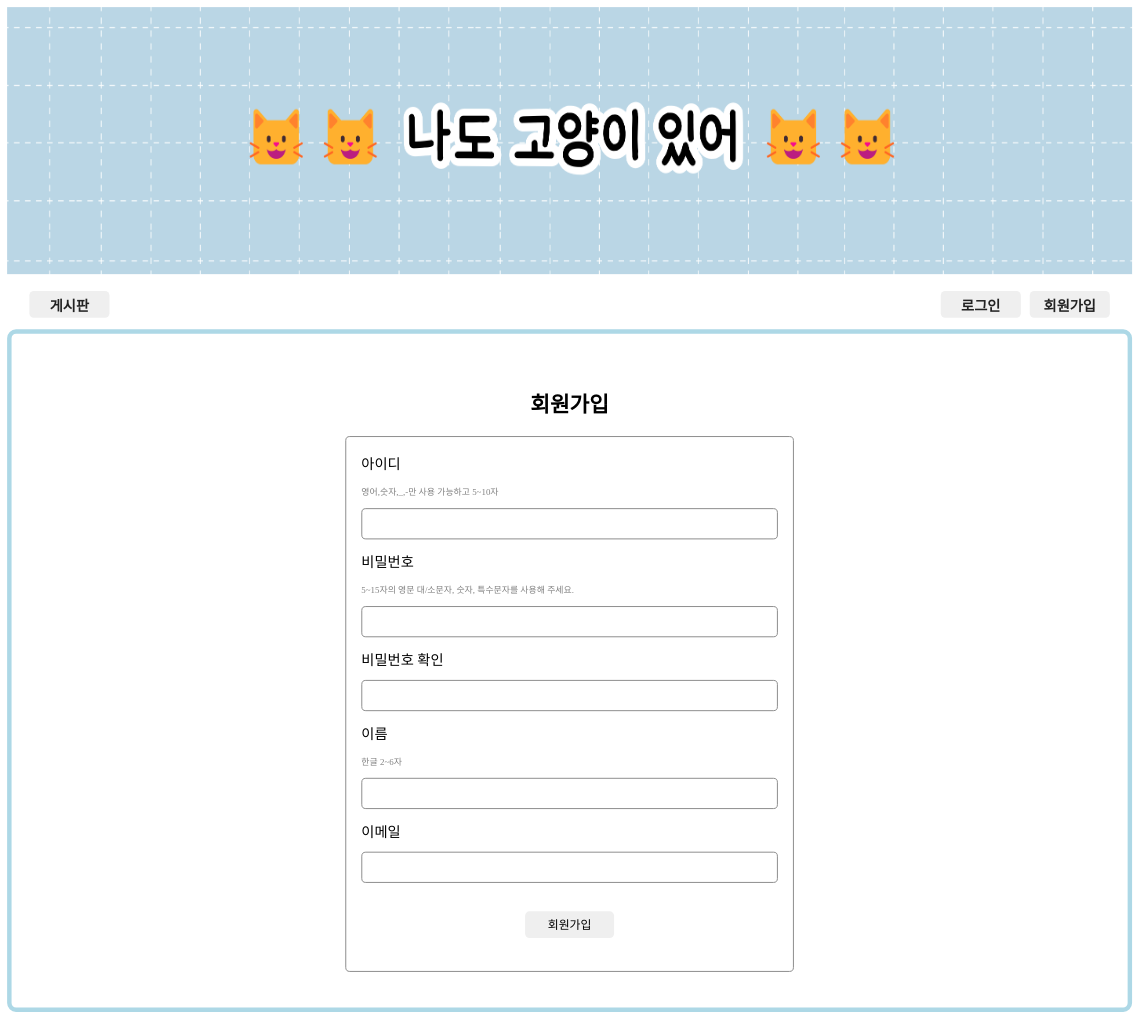
Repository: hh7711/Goit
Page: http://localhost/Goit/WEB-INF/views/signUpPage.jsp
An editor plug-in stored every save of this project. The page is shown before and after the next save, followed by the edit.
The browser window is 1280 px wide. The pictures show the whole page, at 89% of full size.
Some web fonts or font styles are not loaded; a fallback is used. The page is served by Tomcat 9. Nobody is signed in. The template is opened directly, without the code that normally fills it, so the values that code supplies are empty.

Above is the page before, as saved 2023-08-03 07:35:41.

After the next save:
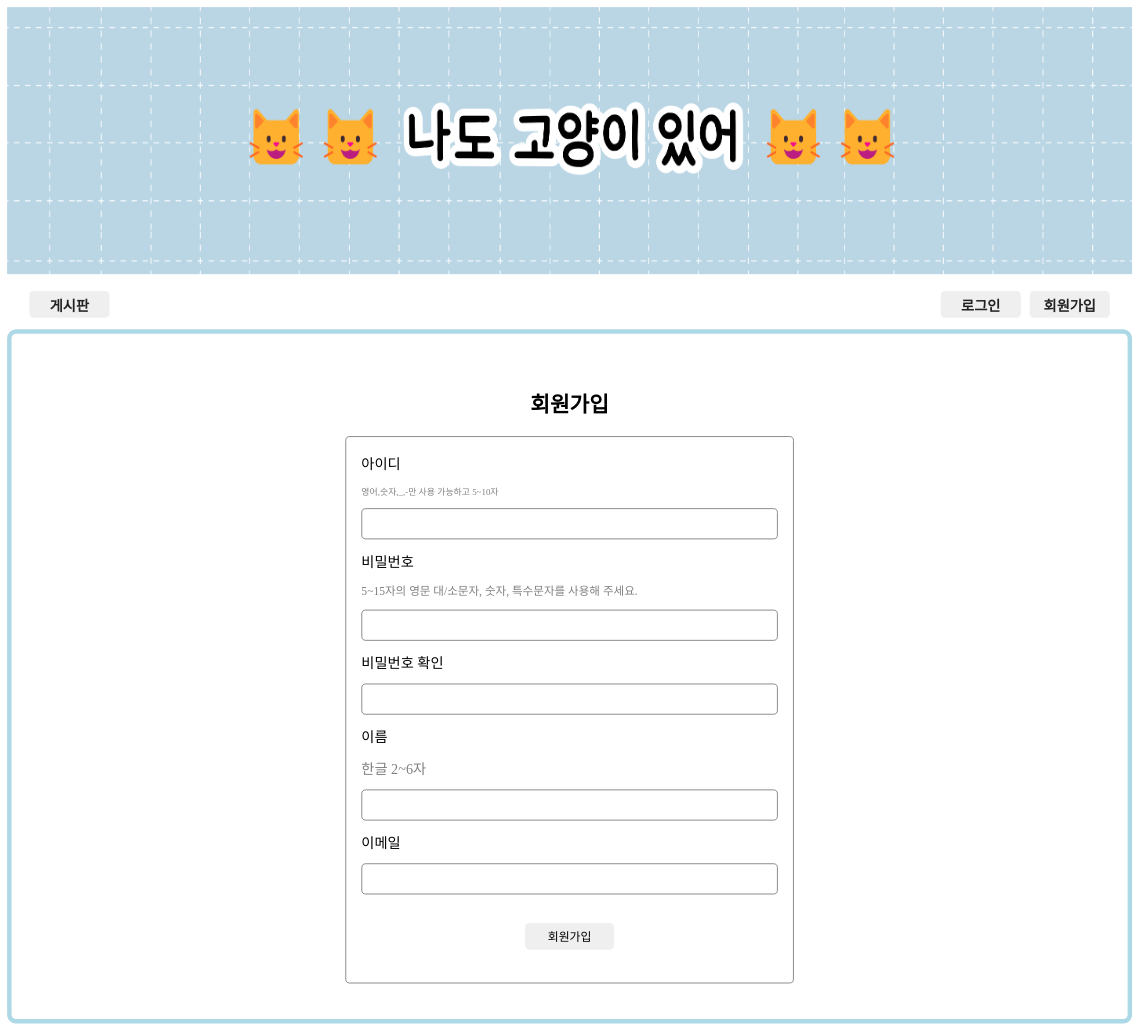
Saved 43 s later.
--- a/Goit/src/main/webapp/WEB-INF/views/signUpPage.jsp
+++ b/Goit/src/main/webapp/WEB-INF/views/signUpPage.jsp
@@ -139,7 +139,7 @@
 			                </td>
 						</tr>
 						<tr>
-			                <td style="color: gray; font-size: x-small;">
+			                <td style="color: gray; font-size: small;">
 			                	<span>5~15자의 영문 대/소문자, 숫자, 특수문자를 사용해 주세요.</span>
 			                </td>
 						</tr>
@@ -170,7 +170,7 @@
 			                <td>이름</td>
 						</tr>
 						<tr>
-			                <td style="color: gray; font-size: x-small;">
+			                <td style="color: gray; font-size: smail;">
 			                	한글 2~6자
 			                </td>
 						</tr>
